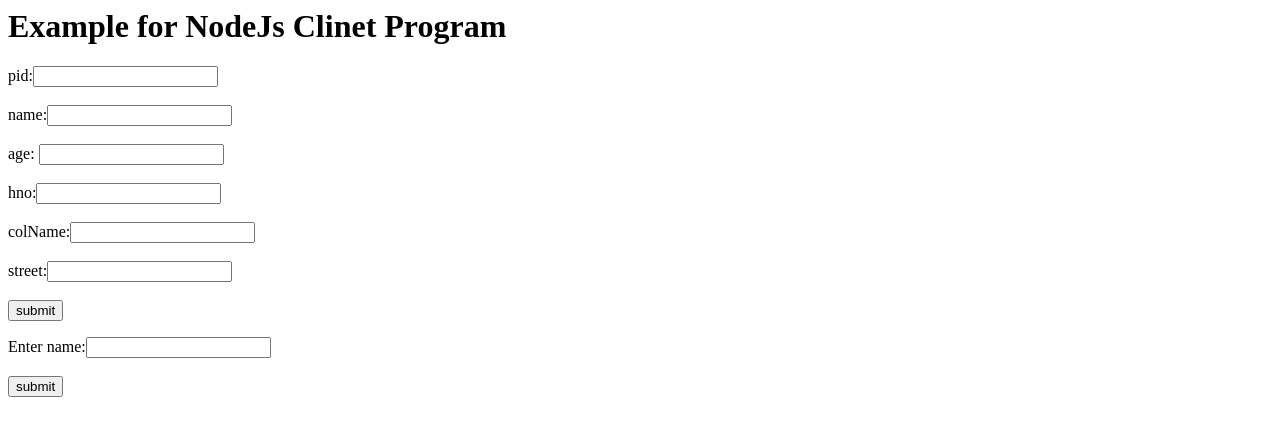
Repository: priyanalleboina/JsTraining
Page: Priyanka _JsExcercies/Excersice-14-ts/index.html
The author's editor kept a copy of each file at every save. The page is drawn from the files as they stood at one save, then again after the next save.
The browser window is 1280 px wide. The pictures show the whole page.

Above is the page before, as saved 2020-06-04 16:08:58.

### Priyanka _JsExcercies/Excersice-14-ts/index.html
<html lang="en">

<head>
    <meta charset="UTF-8">
    <meta name="viewport" content="width=device-width, initial-scale=1.0">
    <title>Add Program</title>
</head>

<body>
    <div>
        <h1>Example for NodeJs Clinet Program</h1>
        <form method="GET" action="http://localhost:4000/create">
            <label>pid:</label><input id="id" name="pid"></br></br>
            <label>name:</label><input id="name" name="name"></br></br>
            <label>age:</label> <input id="age" name="age"></br></br>
            <label>hno:</label><input id="hno" name="hno"></br></br>
            <label>colName:</label><input id="colName" name="colName"></br></br>
            <label>street:</label><input id="street" name="street"></br></br>
            <input type="submit" value="submit" /></br>
        </form>
        <form method="GET" action="http://localhost:4000/searchByName">
            <label>Enter name:</label><input id="id" name="pid"></br></br>
            <input type="submit" value="submit"/></br>
        </form>
    </div>
</body>

</html>

After the next save:
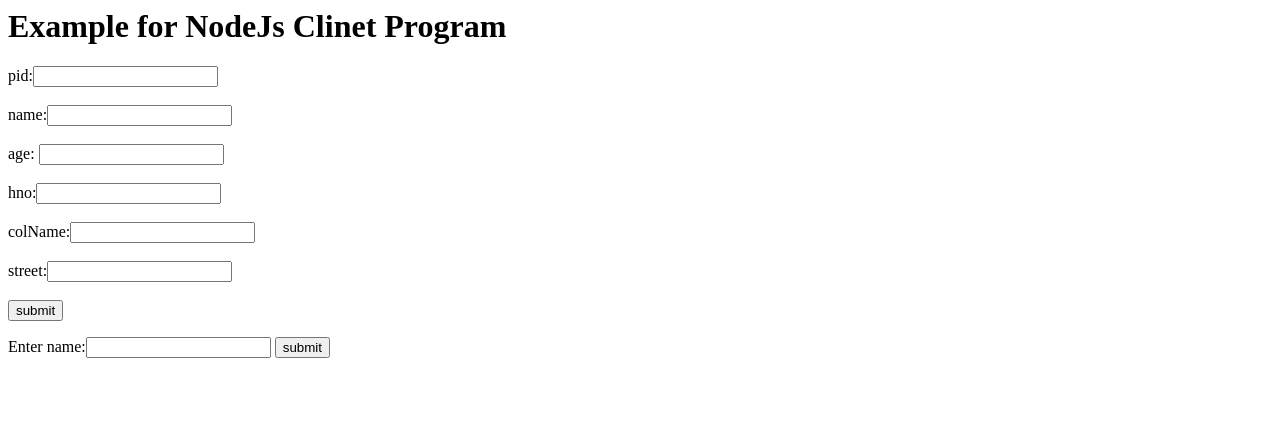
Saved 29 s later.
--- a/Priyanka _JsExcercies/Excersice-14-ts/index.html
+++ b/Priyanka _JsExcercies/Excersice-14-ts/index.html
@@ -18,9 +18,9 @@
             <label>street:</label><input id="street" name="street"></br></br>
             <input type="submit" value="submit" /></br>
         </form>
-        <form method="GET" action="http://localhost:4000/searchByName">
-            <label>Enter name:</label><input id="id" name="pid"></br></br>
-            <input type="submit" value="submit"/></br>
+        <form method="GET" action="http://localhost:4000/create">
+            <label>Enter name:</label><input id="id" name="pid">
+            <input type="submit" value="submit" /></br>
         </form>
     </div>
 </body>
